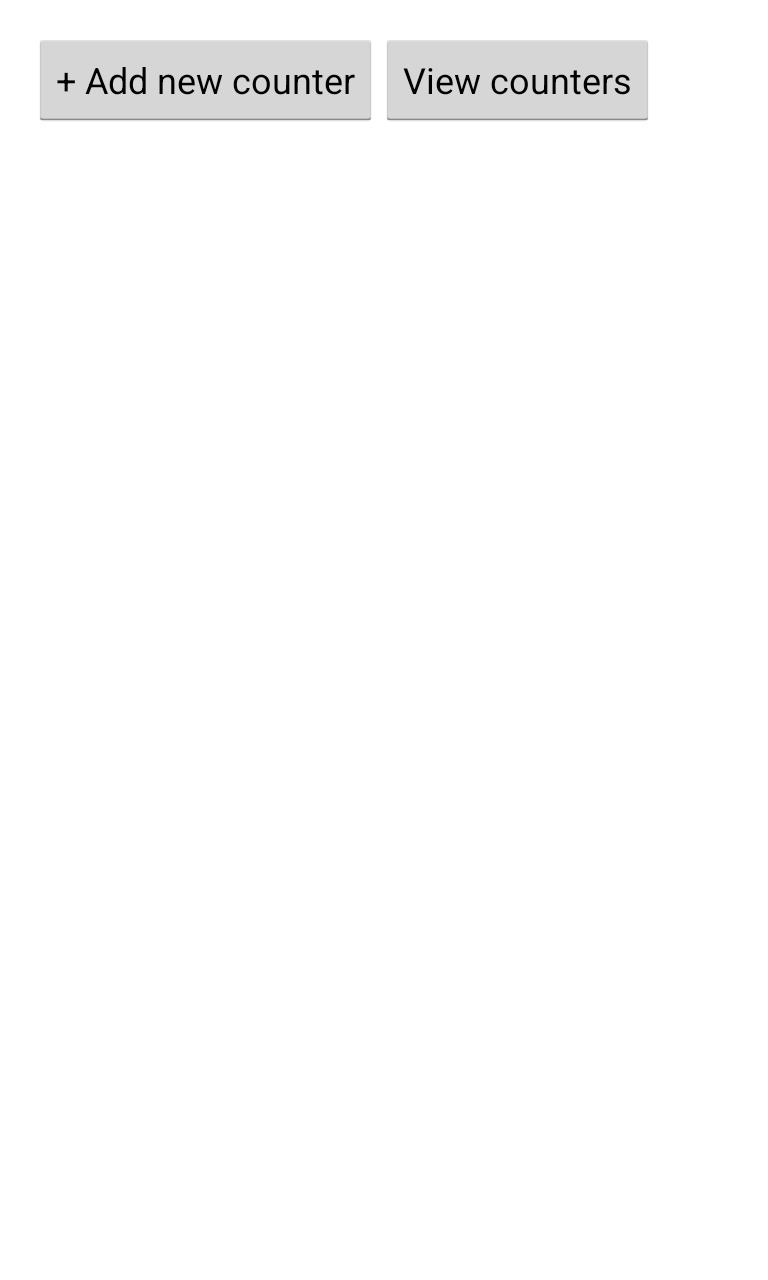
Repository: arweber1/CMPUT301_Assignment1
Layout: Assignment1/res/layout/activity_main.xml
The author's editor kept a copy of each file at every save. The layout is drawn from the files as they stood at one save, then again after the next save.
It is drawn on a 768 x 1280 px phone screen (xhdpi) without system bars, with theme AppTheme; the app's code is not run.

Above is the layout before, as saved 2014-01-18 01:52:59.

After the next save:
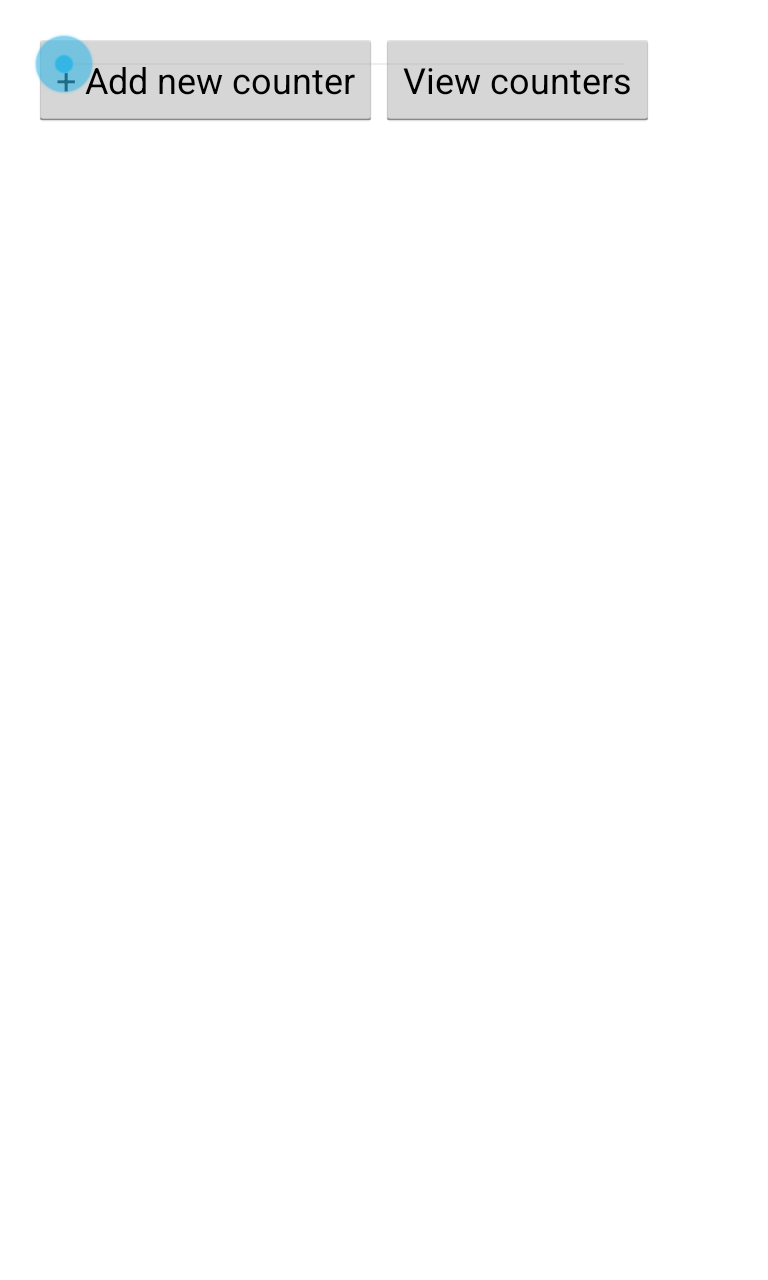
Saved 11 h 15 min later.
--- a/Assignment1/res/layout/activity_main.xml
+++ b/Assignment1/res/layout/activity_main.xml
@@ -29,6 +29,11 @@
         android:layout_toRightOf="@+id/button1"
         android:text="@string/view_counters" />
 
-
+    <SeekBar
+        android:id="@+id/seekBar1"
+        android:layout_width="match_parent"
+        android:layout_height="wrap_content"
+        android:layout_alignRight="@+id/button2"
+        android:layout_centerHorizontal="true" />
 
 </RelativeLayout>

After the save that followed:
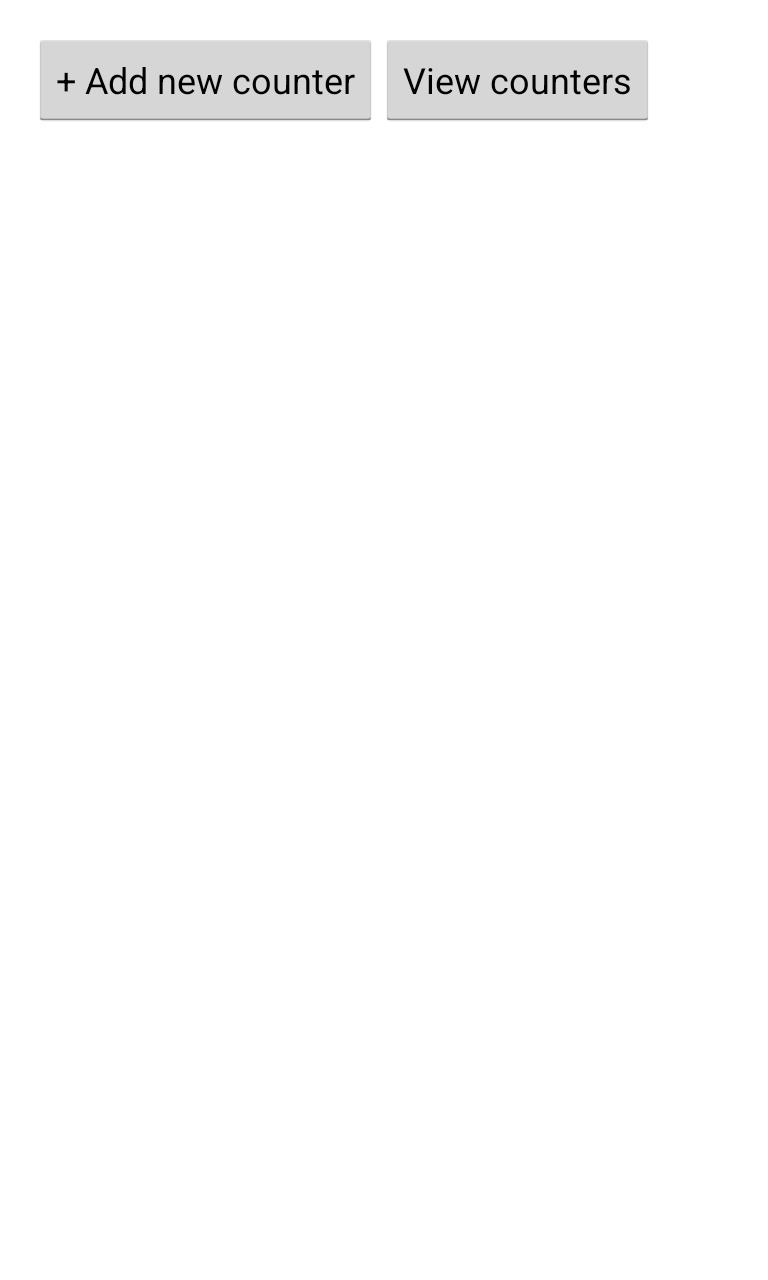
Saved 7 min 14 s later.
--- a/Assignment1/res/layout/activity_main.xml
+++ b/Assignment1/res/layout/activity_main.xml
@@ -29,11 +29,21 @@
         android:layout_toRightOf="@+id/button1"
         android:text="@string/view_counters" />
 
-    <SeekBar
-        android:id="@+id/seekBar1"
-        android:layout_width="match_parent"
+
+
+    <ScrollView
+        android:id="@+id/scrollView2"
+        android:layout_width="wrap_content"
         android:layout_height="wrap_content"
-        android:layout_alignRight="@+id/button2"
-        android:layout_centerHorizontal="true" />
+        android:layout_alignParentBottom="true"
+        android:layout_marginBottom="24dp"
+        android:layout_toRightOf="@+id/button2" >
+
+        <LinearLayout
+            android:layout_width="match_parent"
+            android:layout_height="match_parent"
+            android:orientation="vertical" >
+        </LinearLayout>
+    </ScrollView>
 
 </RelativeLayout>
